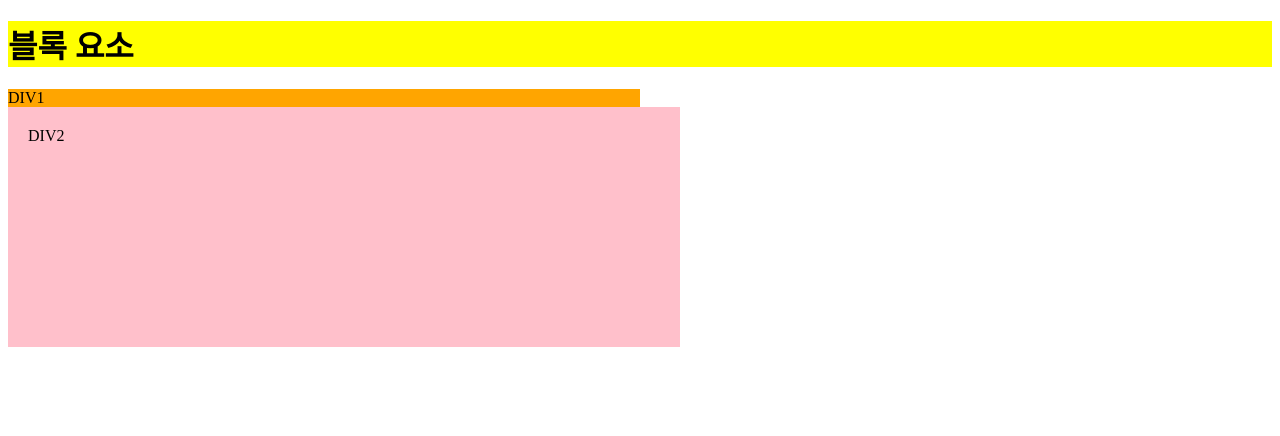
Repository: guswnsdldl/gb
Page: html workspace/g_display/src/main/webapp/block.html
The author's editor kept a copy of each file at every save. The page is drawn from the files as they stood at one save, then again after the next save.
The browser window is 1280 px wide. The pictures show the whole page.

Above is the page before, as saved 2024-08-06 04:58:32.

### html workspace/g_display/src/main/webapp/block.html
<!DOCTYPE html>
<html>
<head>
<meta charset="UTF-8">
<title>블록 요소</title>
</head>
<body>
<h1 style="background-color: yellow;">블록 요소</h1>
<div style="background-color: orange; width: 50%">DIV1</div>
<div style="background-color: pink; width: 50%; height: 200px; padding: 20px;">DIV2</div>

</body>
</html>

After the next save:
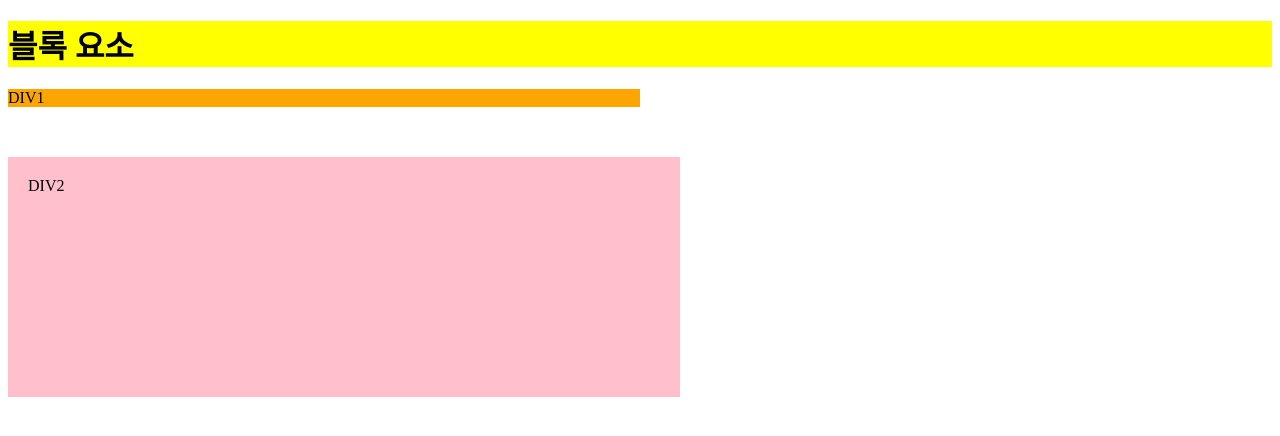
Saved 72 s later.
--- a/html workspace/g_display/src/main/webapp/block.html
+++ b/html workspace/g_display/src/main/webapp/block.html
@@ -6,7 +6,7 @@
 </head>
 <body>
 <h1 style="background-color: yellow;">블록 요소</h1>
-<div style="background-color: orange; width: 50%">DIV1</div>
+<div style="background-color: orange; width: 50%; margin-bottom:50px;">DIV1</div>
 <div style="background-color: pink; width: 50%; height: 200px; padding: 20px;">DIV2</div>
 
 </body>
